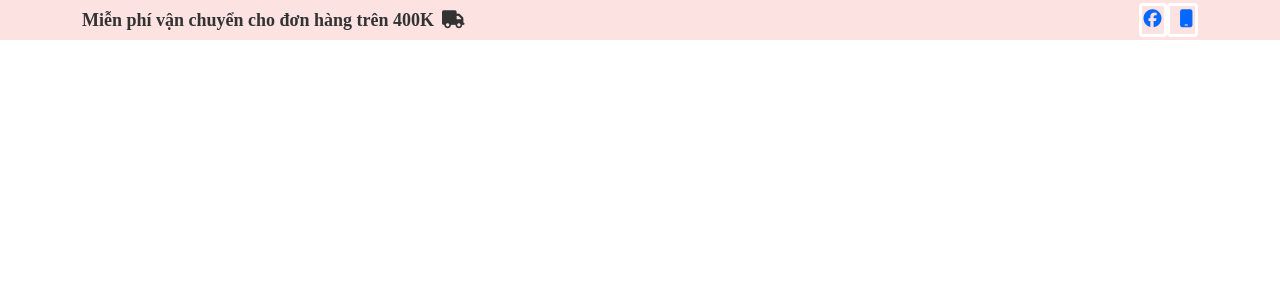
Repository: hoang28092000/kim-store
Page: index.html
An editor plug-in stored every save of this project. The page is shown before and after the next save, followed by the edit.
The browser window is 1280 px wide. The pictures show the whole page.
Some web libraries are served in a nearby version.

Above is the page before, as saved 2024-10-31 21:35:45.

### index.html
<!DOCTYPE html>
<html lang="en">
<head>
    <meta charset="UTF-8">
    <meta name="viewport" content="width=device-width, initial-scale=1.0">
    <link href="https://cdn.jsdelivr.net/npm/bootstrap@5.0.2/dist/css/bootstrap.min.css" rel="stylesheet" integrity="sha384-EVSTQN3/azprG1Anm3QDgpJLIm9Nao0Yz1ztcQTwFspd3yD65VohhpuuCOmLASjC" crossorigin="anonymous">
    <link rel="stylesheet" href="https://cdnjs.cloudflare.com/ajax/libs/font-awesome/6.6.0/css/all.min.css" integrity="sha512-Kc323vGBEqzTmouAECnVceyQqyqdsSiqLQISBL29aUW4U/M7pSPA/gEUZQqv1cwx4OnYxTxve5UMg5GT6L4JJg==" crossorigin="anonymous" referrerpolicy="no-referrer" />
    <link rel="stylesheet" href="asset/style.css">
    <title>KIM STORE</title>
</head>
<body>
    <div id="header">
        <div class="top_header ">
                <div class="container d-flex justify-content-between">
                    <div class="r-top_header d-flex align-items-center">
                        <p class="txt_bold mb-0 me-2">Miễn phí vận chuyển cho đơn hàng trên 400K</p>
                    <i class="fa-solid fa-truck icon-truck mb-0"></i>
                    </div>
                    <ul class="icons-header d-flex align-items-center mb-0">
                        <li class="icon">
                            <i class="fa-brands fa-facebook icon_fb"></i>
                        </li>
                        <li class="icon">
                            <i class="fa-solid fa-mobile icon_mobie ms-2"></i>
                        </li>
                    </ul>
                </div>
        </div>
        <div class="main_header">

        </div>
    </div>


    <div id="navbar">

    </div>


    <div id="main">

    </div>


    <div id="footer">

    </div>






    <script src="https://cdn.jsdelivr.net/npm/bootstrap@5.0.2/dist/js/bootstrap.bundle.min.js" integrity="sha384-MrcW6ZMFYlzcLA8Nl+NtUVF0sA7MsXsP1UyJoMp4YLEuNSfAP+JcXn/tWtIaxVXM" crossorigin="anonymous"></script>
</body>
</html>

### asset/style.css
*{
    margin: 0;
    padding: 0;
    box-sizing: border-box;
    font-family: Montserrat;
    list-style: none;
    text-decoration: none;
}
.txt-16px{
    font-size: 16px;
    color: #333;
}
.txt_bold{
    font-size: 18px;
    color: #333;
    font-weight: 700;
}
#header{

}
#header .top_header{
    height: 40px;
    background-color: #FDE2E2;
}
.top_header .r-top_header{
    height: 40px;
}
.top_header .icon-truck{
    font-size: 18px;
    color: #333;
}
.top_header .icon{
    padding: 2px;
    border: 3px solid #fff;
    border-radius: 4px;
}
.top_header .icon_fb , .icon_mobie{
    font-size: 18px;
    color: #0468ff;
}

After the next save:
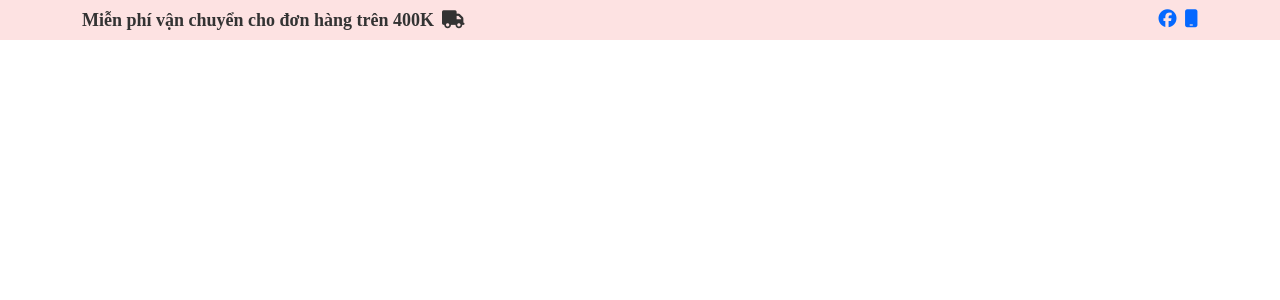
Saved 35 s later.
--- a/asset/style.css
+++ b/asset/style.css
@@ -29,11 +29,11 @@
     font-size: 18px;
     color: #333;
 }
-.top_header .icon{
+/* .top_header .icon{
     padding: 2px;
     border: 3px solid #fff;
     border-radius: 4px;
-}
+} */
 .top_header .icon_fb , .icon_mobie{
     font-size: 18px;
     color: #0468ff;
